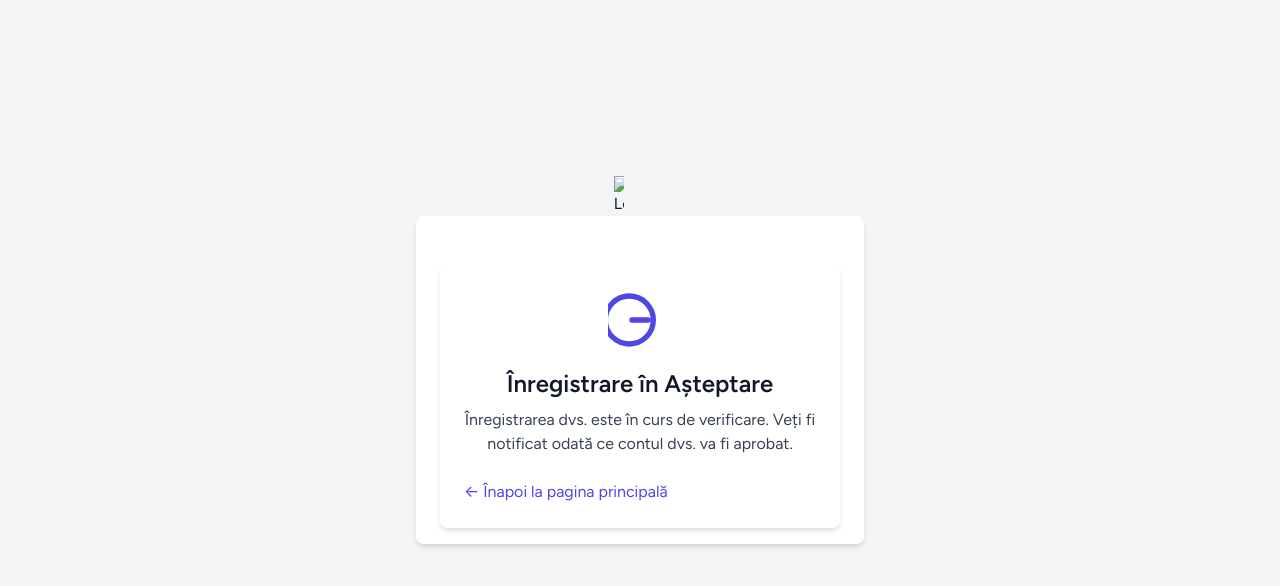
Repository: cosmin05072018/fantastic-events-manager
Page: http://localhost/registration/pending
These files come from the project's save history. The page is drawn as it stood at one moment and after the next save; the edit follows.
The browser window is 1280 px wide. The pictures show the whole page.
The page is served by the project's Laravel application, run on PHP 8.4 with Laravel 10. Style sheets and scripts are compiled from the project's sources, by tool versions that may differ from the author's.

Above is the page before, as saved 2024-11-03 20:40:08.

After the next save:
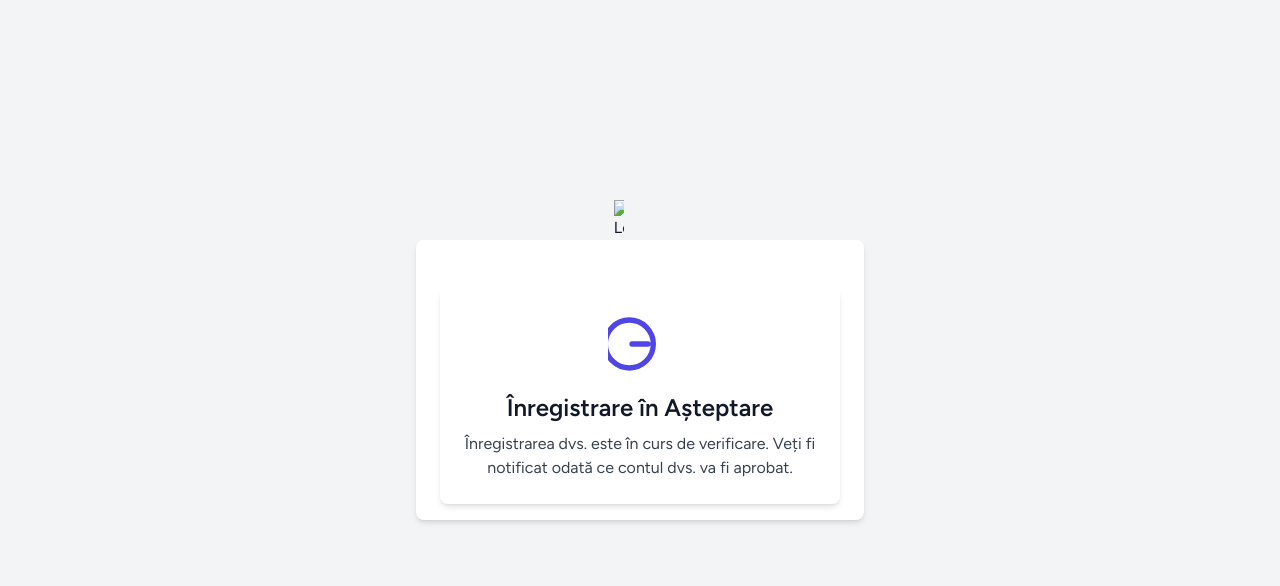
Saved 13 s later.
--- a/resources/views/auth/pending.blade.php
+++ b/resources/views/auth/pending.blade.php
@@ -19,11 +19,5 @@
                 {{ session('status') }}
             </div>
         @endif
-
-        <div class="mt-6 ">
-            <a href="{{ route('StartApp') }}" class="text-indigo-600 dark:text-indigo-400 hover:underline">
-                &larr; Înapoi la pagina principală
-            </a>
-        </div>
     </div>
 </x-guest-layout>
